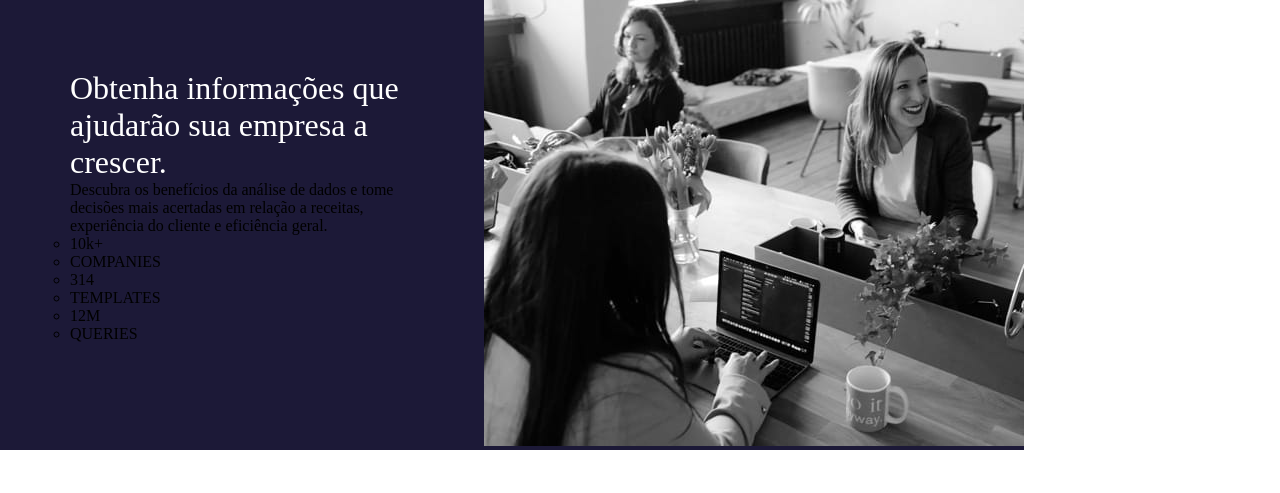
Repository: caique2512/componentes-de-estatisticas
Page: index.html
The author's editor kept a copy of each file at every save. The page is drawn from the files as they stood at one save, then again after a run of saves.
The browser window is 1280 px wide. The pictures show the whole page.

Above is the page before, as saved 2026-03-03 17:13:59.

### index.html
<!DOCTYPE html>
<html lang="pt-br">
<head>
    <meta charset="UTF-8">
    <meta name="viewport" content="width=device-width, initial-scale=1.0">
    <title>Estatisticas</title>
    <link rel="stylesheet" href="src/reset.css">
    <link rel="stylesheet" href="src/estilos.css">
</head>
<body>
    <main class="conteudo">
        <div class="conteudo-principal">
            <h1 class="titulo">Obtenha <span>informações</span> que ajudarão sua empresa a crescer.</h1>
            <p>Descubra os benefícios da análise de dados e tome decisões mais acertadas em relação a receitas, experiência do cliente e eficiência geral.</p>
            <ul class="estatisticas">
                <ul class="item1">
                    <li class="descricao">10k+</li>
                    <li>COMPANIES</li>
                </ul>
                <ul class="item2">
                    <li class="descricao">314</li>
                    <li>TEMPLATES</li>
                </ul>
                <ul class="item3">
                    <li class="descricao">12M</li>
                    <li>QUERIES</li>
                </ul>
            </ul>
        </div>
        <picture class="img">
            <img src="./images/image-header-desktop.jpg" alt="Mulheres no escritório">
        </picture>
    </main>
</body>
</html>

### src/estilos.css
.conteudo {
    background-color: #1C1937;
    display: flex;
    max-width: calc(100% - 20%);
}

.conteudo-principal {
    padding: 70px;
    width: 500px;
}

.conteudo-principal .titulo {
    color: white;
    font-weight: 500;
    font-family: 'Times New Roman', Times, serif;
}

Loaded but not shown: src/reset.css (common file)

After the next 2 saves:
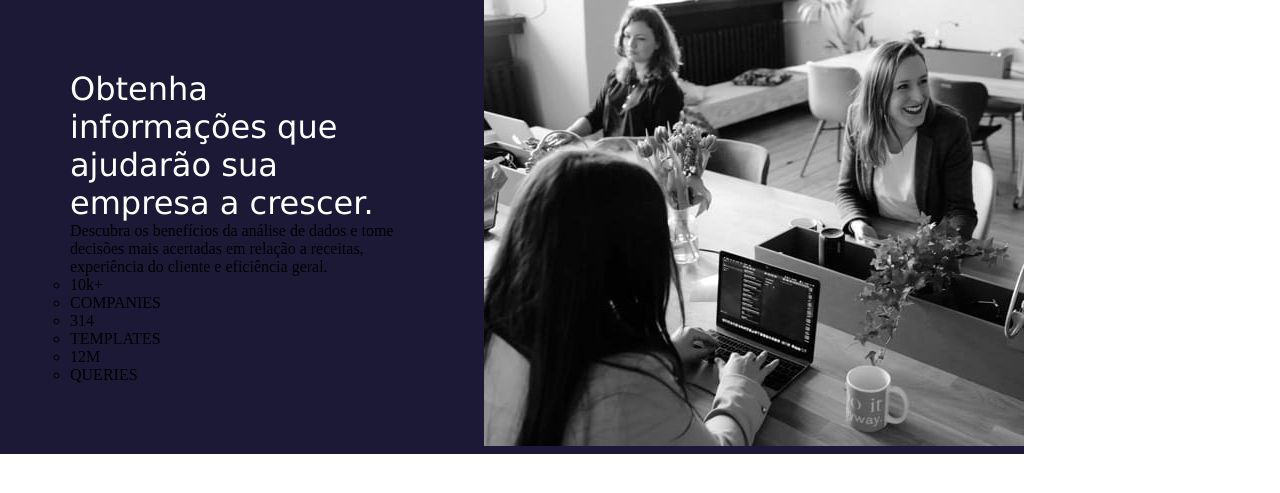
The 2 saves are shown as one change because they came seconds apart.
The last was saved 8 s later.
--- a/src/estilos.css
+++ b/src/estilos.css
@@ -12,5 +12,5 @@
 .conteudo-principal .titulo {
     color: white;
     font-weight: 500;
-    font-family: 'Times New Roman', Times, serif;
+    font-family: Verdana, Geneva, Tahoma, sans-serif;
 }
